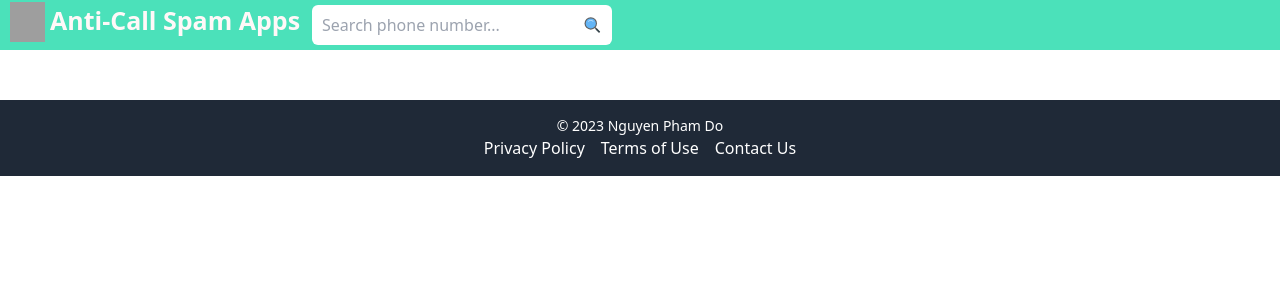
Repository: NPham1402/Web-user-callSpamBlocker
Page: /detail
These files come from the project's save history. The page is drawn as it stood at one moment and after the next save; the edit follows.
The browser window is 1280 px wide. The pictures show the whole page.
Pictures or frames that could not be fetched are drawn as grey boxes. The project was rebuilt for these pictures with package versions that can differ from the ones it lists, and the page was loaded fresh each time. The framework's server and built-in components were replaced by stand-ins that run in the browser. Also part of the build but not shown: next.config.js.

Above is the page before, as saved 2023-02-09 21:54:13.

After the next save:
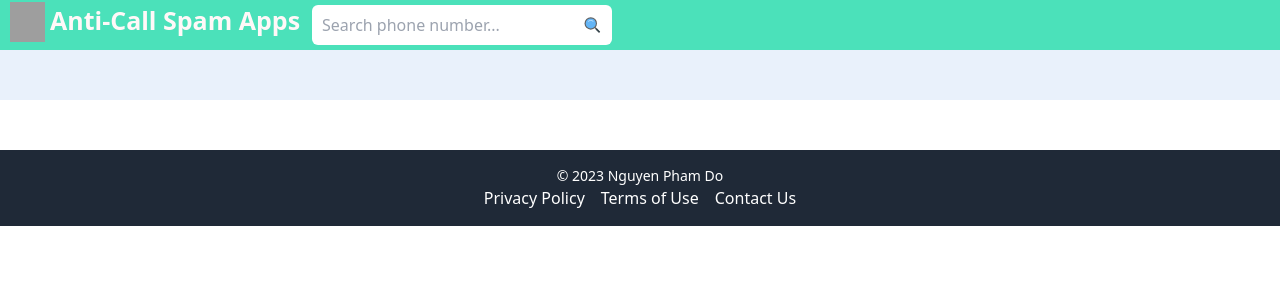
Saved 6 min 3 s later.
--- a/pages/detail.js
+++ b/pages/detail.js
@@ -33,6 +33,7 @@ function detail() {
             <FcSearch className="text-[20px] cursor-pointer" />
           </div>
         </div>
+        <div className="w-full p-[25px] h-[50px] bg-[#e9f1fb]"></div>
       </main>
       <footer class="bg-gray-800 mt-[50px] text-white py-4">
         <div class="container mx-auto">
